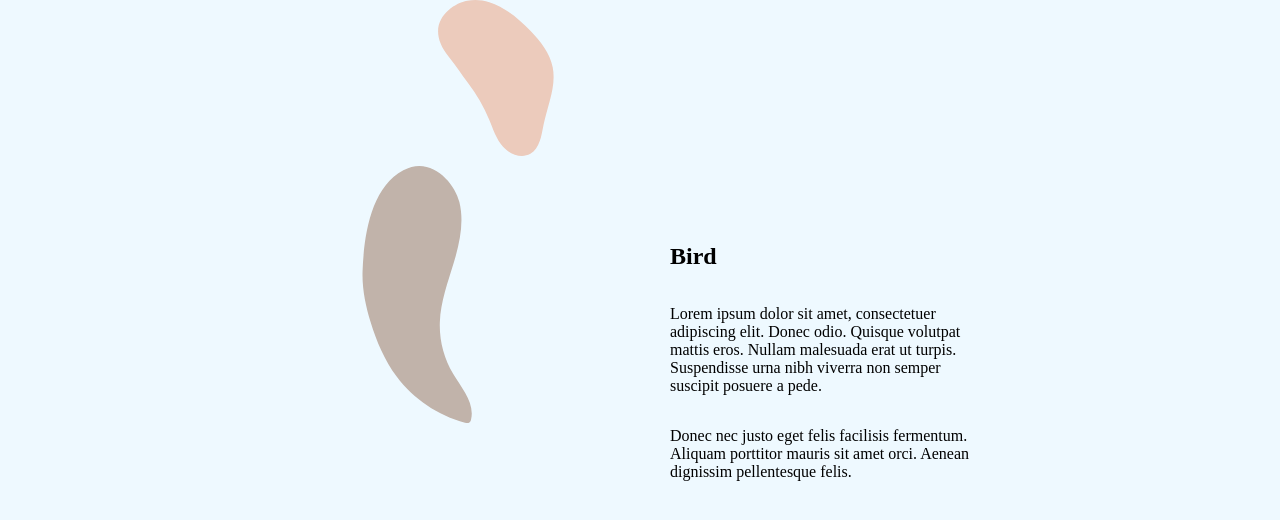
Repository: sebastiann88/svg-animals
Page: index.html
The author's editor kept a copy of each file at every save. The page is drawn from the files as they stood at one save, then again after the next save.
The browser window is 1280 px wide. The pictures show the window.
A layer covers the whole window, so only the first screen is drawn.

Above is the page before, as saved 2024-09-05 04:07:59.

After the next save:
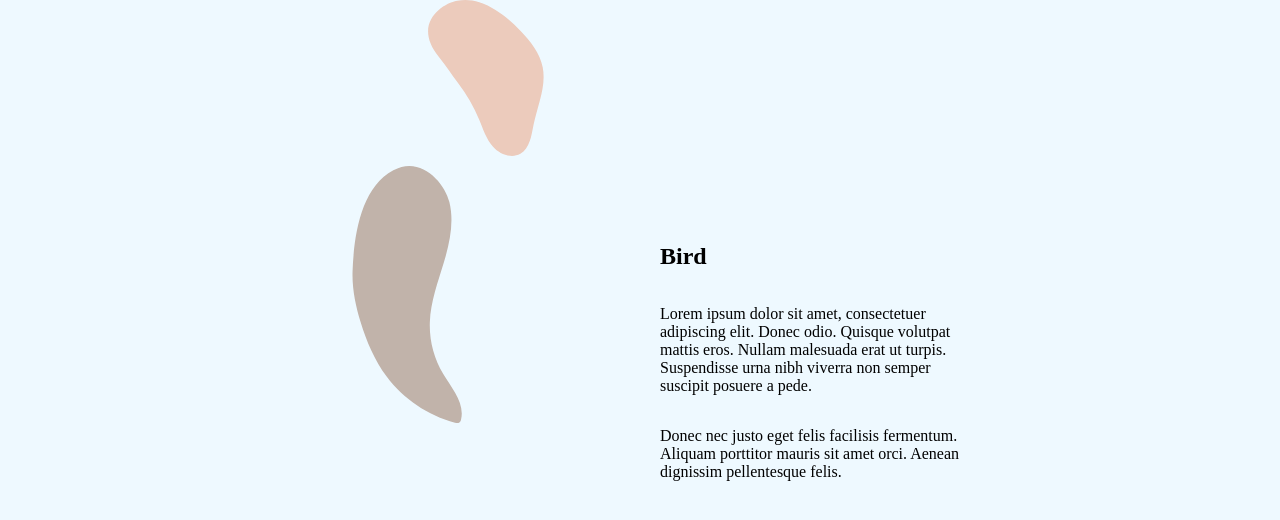
Saved 13 s later.
--- a/css/style.css
+++ b/css/style.css
@@ -5,7 +5,7 @@ body {
 }
 
 main {
-	transform: translateX(30px);
+	transform: translateX(20px);
 }
 
 .line-container {
